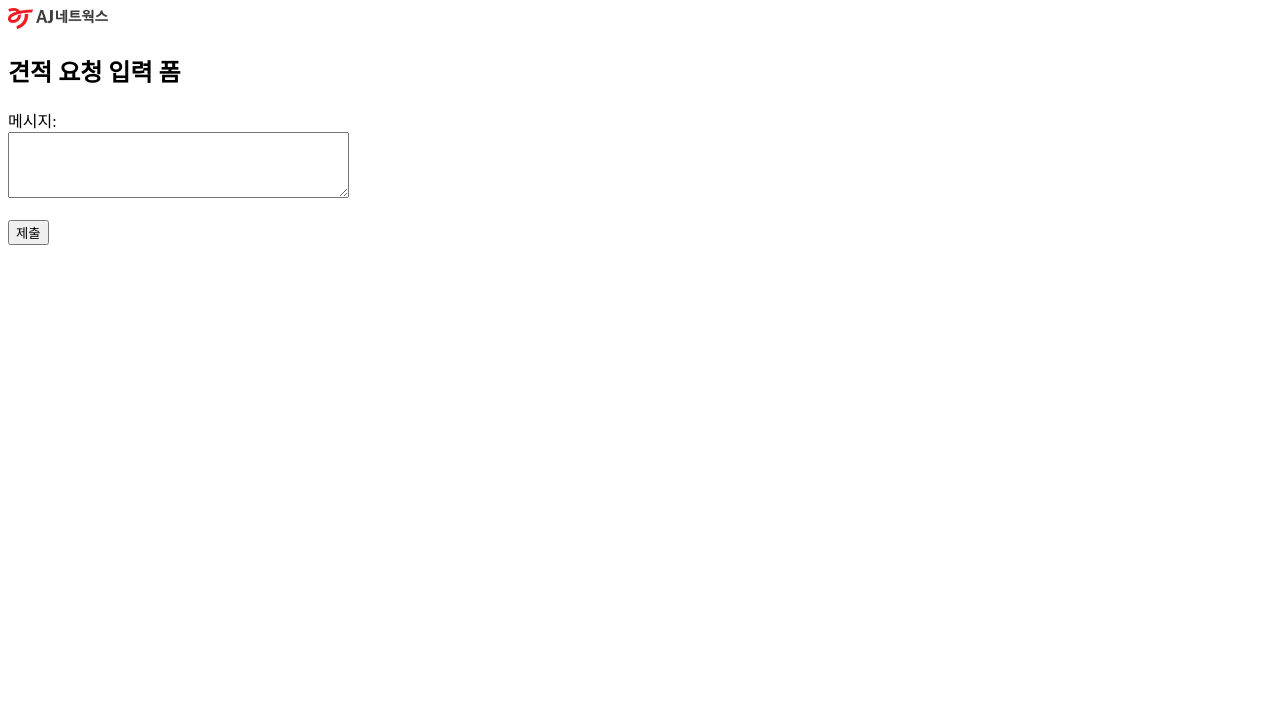
Repository: deul428/logis_test
Page: index.html
The author's editor kept a copy of each file at every save. The page is drawn from the files as they stood at one save, then again after a run of saves.
The browser window is 1280 px wide. The page is 1280 px wide, then 1288 px, so the pictures cover 1288 px, including what lies to the right of the window. The pictures show the whole page.

Above is the page before, as saved 2025-09-16 16:21:28.

### index.html
<!DOCTYPE html>
<!--
📋 견적 요청 입력 가이드
업체명: [회사명]
지역: [납품지역]
요청사항: [납기, 샘플 등 요청사항]1
1. 상품: / 규격: / 사용량: [월 예상 사용량] / 사용금액: [월 예상 사용금액] / 인쇄: [O/X]
2. 상품: / 규격: / 사용량: [월 예상 사용량] / 사용금액: [월 예상 사용금액] / 인쇄: [O/X]
3. 상품: / 규격: / 사용량: [월 예상 사용량] / 사용금액: [월 예상 사용금액] / 인쇄: [O/X]
⚠️ 입력 주의사항
1. 번호 표기 필수
　- 상품/규격별 정보는 반드시 1., 2., 3. 번호를 붙여 구분합니다.
2. 상품명 표기
　- 동일 상품 + 여러 규격 → 상품:은 한 번만 쓰고, 아래에 규격을 나열해도 가능
　- 서로 다른 상품 → 각 번호마다 반드시 개별 상품:을 함께 작성
3. 필수/선택 항목
　- 업체명, 지역, 상품은 필수
　- 규격, 사용량, 사용금액, 인쇄, 요청사항 등은 선택 (없는 값은 생략 가능) -->
<html lang="ko">
  <head>
    <meta charset="UTF-8" />
    <title>견적 요청 입력 폼</title>
    <style>
      html,
      body {
        width: "100dvw";
        height: "100dvh";
      }
      .wrap {
        width: "100%";
        height: "100%";
        background: "pink";
      }
      .ci {
        width: "30%";
      }
    </style>
  </head>
  <body>
    <div class="wrap">
      <img class="ci" src="./src/aj_ci.png" width="100dvw" />
      <h2>견적 요청 입력 폼</h2>
      <form
        action="https://script.google.com/macros/s/AKfycbyESb1KUxhOgQ5UTyN0MpZ60M58zPHeCYOO1GqmPEVj-nxr4UC2_Zn-7jsWHzjFgWuW/exec"
        method="post"
      >
        <label>메시지:</label><br />
        <textarea name="message" rows="4" cols="40"></textarea><br /><br />
        <button type="submit">제출</button>
      </form>
    </div>
  </body>
</html>

After the next 3 saves:
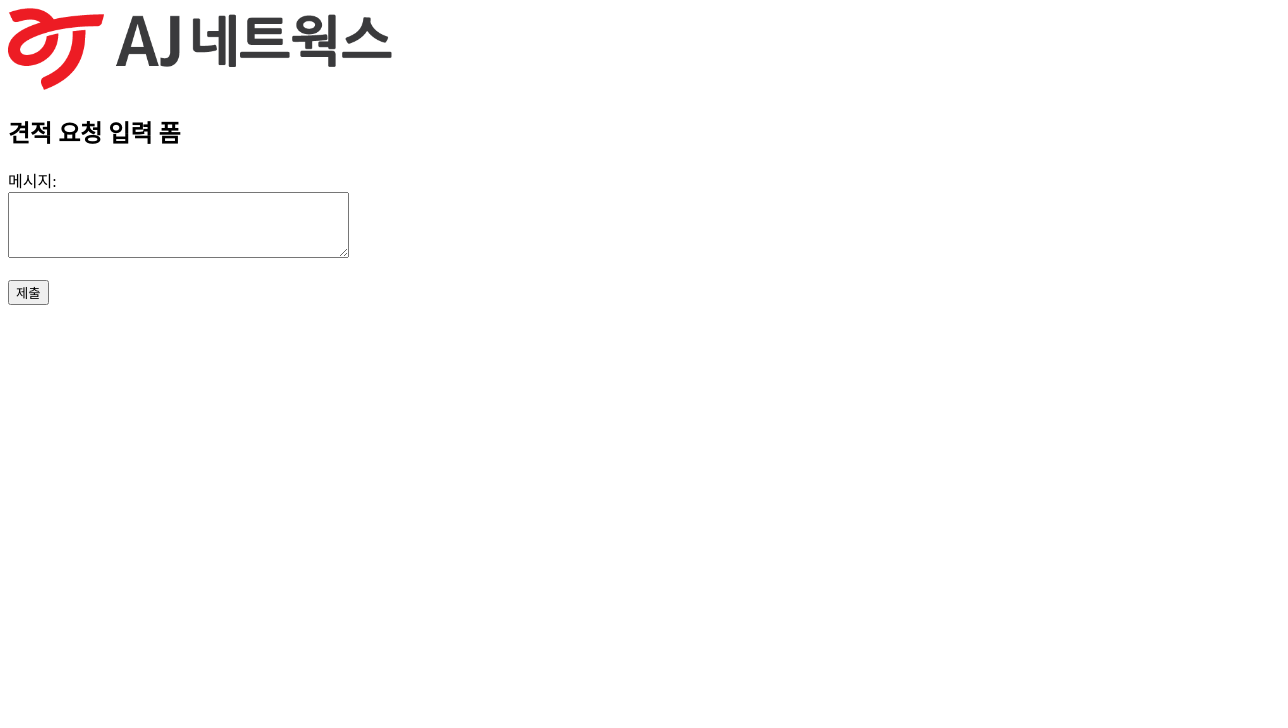
The 3 saves are shown as one change because they came seconds apart.
The last was saved 38 s later.
--- a/index.html
+++ b/index.html
@@ -23,22 +23,21 @@
     <style>
       html,
       body {
-        width: "100dvw";
-        height: "100dvh";
+        width: 100dvw;
+        height: 100dvh;
       }
       .wrap {
-        width: "100%";
-        height: "100%";
-        background: "pink";
+        width: 100%;
+        height: 100%;
       }
       .ci {
-        width: "30%";
+        width: 30%;
       }
     </style>
   </head>
   <body>
     <div class="wrap">
-      <img class="ci" src="./src/aj_ci.png" width="100dvw" />
+      <img class="ci" src="./src/aj_ci.png" />
       <h2>견적 요청 입력 폼</h2>
       <form
         action="https://script.google.com/macros/s/AKfycbyESb1KUxhOgQ5UTyN0MpZ60M58zPHeCYOO1GqmPEVj-nxr4UC2_Zn-7jsWHzjFgWuW/exec"
